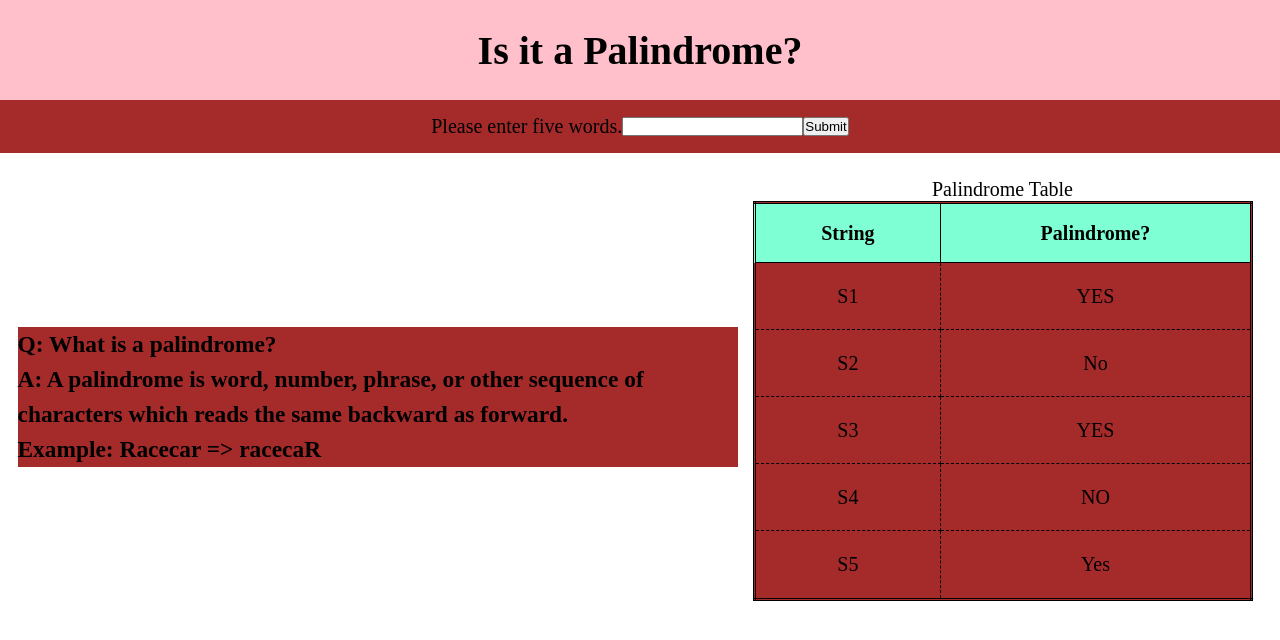
Repository: mlmEFSC21/P18-Palindrome-Table
Page: palindrome.html
The author's editor kept a copy of each file at every save. The page is drawn from the files as they stood at one save, then again after the next save.
The browser window is 1280 px wide. The pictures show the whole page.

Above is the page before, as saved 2022-04-03 18:12:48.

### palindrome.html
<!DOCTYPE html>
<html lang="en">
    <head>
        <meta charset="UTF-8" />
        <meta http-equiv="X-UA-Compatible" content="IE=edge" />
        <meta name="viewport" content="width=device-width, initial-scale=1.0" />
        <link rel="stylesheet" href="palindrome.css" />
        <script defer src="palindrome.js"></script>
        <title>Palindrome Table</title>
    </head>
    <body>
        <header class="mainHeader">
            <h1>Is it a Palindrome?</h1>
        </header>
        <div class="mainContent">
            <div class="formContainer" id="formContainer">
                <form class="palindromeForm" id="palindromeForm">
                    <label for="stringInput">Please enter five words.</label>
                    <input
                        type="text"
                        name="stringInput"
                        class="stringInput"
                        id="stringInput"
                        required
                    />
                    <button type="submit" class="submit-btn" id="submit-btn">Submit</button>
                </form>
            </div>
            <div class="tableContainer" id="tableContainer">
                <div class="definition">
                    <h3>
                        <p>Q: What is a palindrome?</p>
                        <p>
                            A: A palindrome is word, number, phrase, or other sequence of characters
                            which reads the same backward as forward.
                        </p>
                        <p>Example: Racecar => racecaR</p>
                    </h3>
                </div>
                <table>
                    <caption>
                        Palindrome Table
                    </caption>
                    <thead>
                        <tr>
                            <th>String</th>
                            <th>Palindrome?</th>
                        </tr>
                    </thead>
                    <tbody>
                        <tr>
                            <td class="string">S1</td>
                            <td class="yes-no">YES</td>
                        </tr>
                        <tr>
                            <td class="string">S2</td>
                            <td class="yes-no">No</td>
                        </tr>
                        <tr>
                            <td class="string">S3</td>
                            <td class="yes-no">YES</td>
                        </tr>
                        <tr>
                            <td class="string">S4</td>
                            <td class="yes-no">NO</td>
                        </tr>
                        <tr>
                            <td class="string">S5</td>
                            <td class="yes-no">Yes</td>
                        </tr>
                    </tbody>
                </table>
            </div>
        </div>
    </body>
</html>

### palindrome.css
*,
*::after,
*::before {
    box-sizing: border-box;
    margin: 0;
    padding: 0;
}
body {
    font-size: 1.25rem;
}
header {
    display: flex;
    background-color: pink;
    align-items: center;
    justify-content: center;
    height: 100px;
}
.mainContent {
    display: flex;
    flex-wrap: wrap;
}
.formContainer {
    background-color: brown;
    width: 100vw;
    margin: 10px, auto;
    padding: 15px;
}
form {
    display: flex;
    justify-content: center;
    align-items: center;
}
.tableContainer {
    display: flex;
    justify-content: space-around;
    align-items: space-around;
    padding: 15px;
}
.definition {
    background-color: brown;
    justify-self: center;
    align-self: center;
    flex-wrap: wrap;
    flex-basis: 720px;
    line-height: 1.5;
    margin-top: 15px;
}
table {
    background-color: brown;
    border-collapse: collapse;
    border: 3px double black;
    margin: 10px;
    padding: 10px;
    width: 500px;
    height: 400px;
    text-align: center;
}
th {
    background-color: aquamarine;
    height: 60px;
    border: 1px solid black;
    padding: 15px;
}
tr,
td {
    height: 30px;
    border: 1px dashed black;
    padding: 10px;
}

Loaded but not shown: palindrome.js (no stored copy; drawn as an empty file)

After the next save:
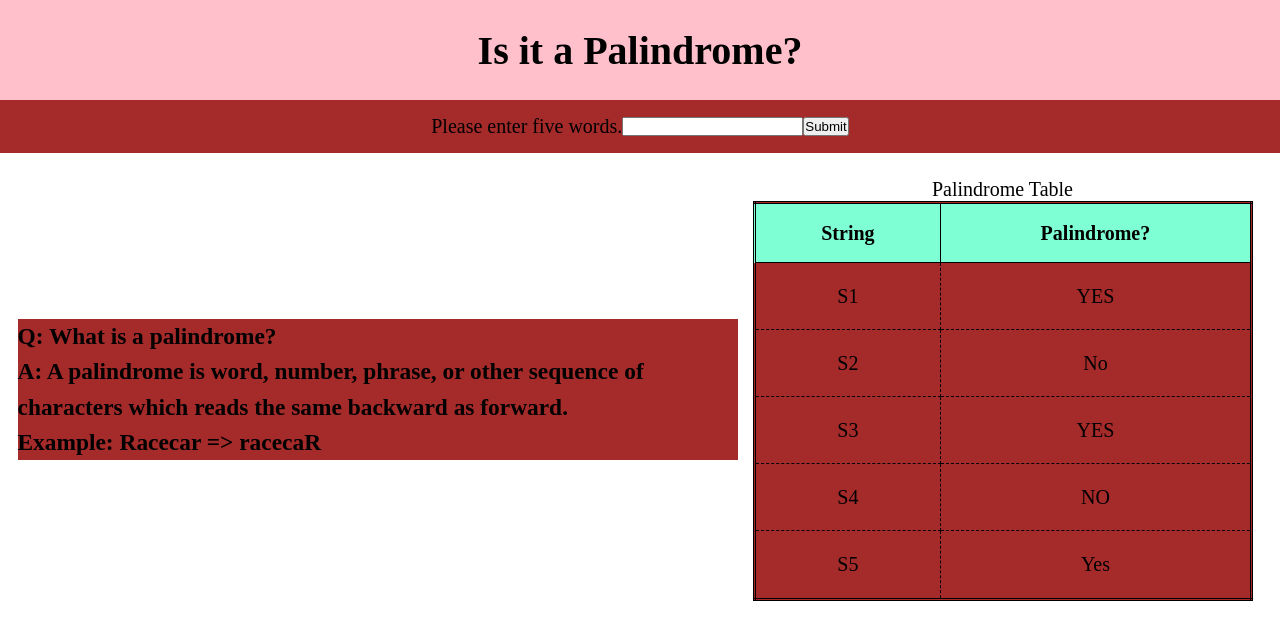
Saved 23 s later.
--- a/palindrome.css
+++ b/palindrome.css
@@ -43,7 +43,7 @@ form {
     flex-wrap: wrap;
     flex-basis: 720px;
     line-height: 1.5;
-    margin-top: 15px;
+    /* margin-top: 15px; */
 }
 table {
     background-color: brown;
